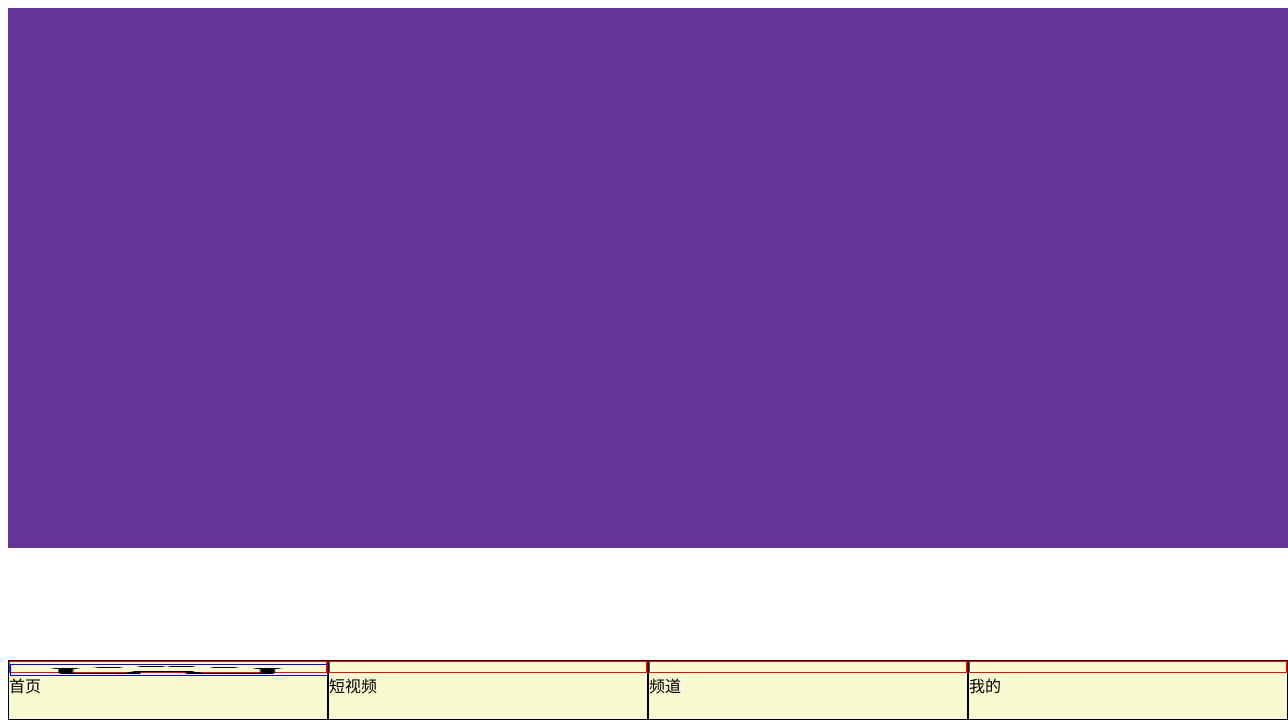
Repository: ITliuxiangyu/H51911Test
Page: video_demo/index.html
These files come from the project's save history. The page is drawn as it stood at one moment and after the next save; the edit follows.
The browser window is 1280 px wide. The page is 1288 px wide, so the pictures cover 1288 px, including what lies to the right of the window. The pictures show the whole page.

Above is the page before, as saved 2019-12-20 09:54:48.

### video_demo/index.html
<!DOCTYPE html>
<html lang="en">
<head>
    <meta charset="UTF-8">
    <meta name="viewport" content="width=device-width, initial-scale=1.0">
    <meta http-equiv="X-UA-Compatible" content="ie=edge">
    <title>Document</title>
    <link rel="stylesheet" href="./css/index.css">
</head>
<body>
    <div class="app">
        <div class="app_content"></div>
        <div class="app_tabbar">
            <div class="tabbar_item">
                <div>
                    <img src="./imgs/shouye.png" alt="">
                </div>
                <span>首页</span>
            </div>
            <div class="tabbar_item">
                <div>
                    <!-- <img src="./imgs/redu.png" alt=""> -->
                </div>
                <span>短视频</span>
            </div>
            <div class="tabbar_item">
                <div>
                    <!-- <img src="./imgs/pindao.png" alt=""> -->
                </div>
                <span>频道</span>
            </div>
            <div class="tabbar_item">
                <div>
                    <!-- <img src="./imgs/wode.png" alt=""> -->
                </div>
                <span>我的</span>
            </div>
        </div>
    </div>
</body>
<script src="./js/jquery-3.4.1.min.js"></script>
<script src="./js/index.js"></script>
</html>

### video_demo/css/index.css
/* 页面的内容区域部分 */
.app_content{
    width: 100vw;
    background-color: rebeccapurple;
}
.app_tabbar{
    width: 100vw;
    height: 60px;
    background-color: lightgoldenrodyellow;
    position: fixed;
    bottom: 0px;
    display: flex;
}
/* 底部的四个小块 */
.tabbar_item{
    flex: 1;
    border: 1px solid black;
}
.tabbar_item div{
    border: 1px solid red;
    height: 10px;
}
.tabbar_item div img{
    width: 100%;
    border: 1px solid blue;
    height: 10px;
}

### video_demo/js/index.js
// 内容区域的高度
var screen_h = window.screen.height
var screen_w = window.screen.width

$(".app_content").css({
    "height": screen_h - $(".app_tabbar").outerHeight() + "px"
})

Loaded but not shown: video_demo/js/jquery-3.4.1.min.js (library)

After the next save:
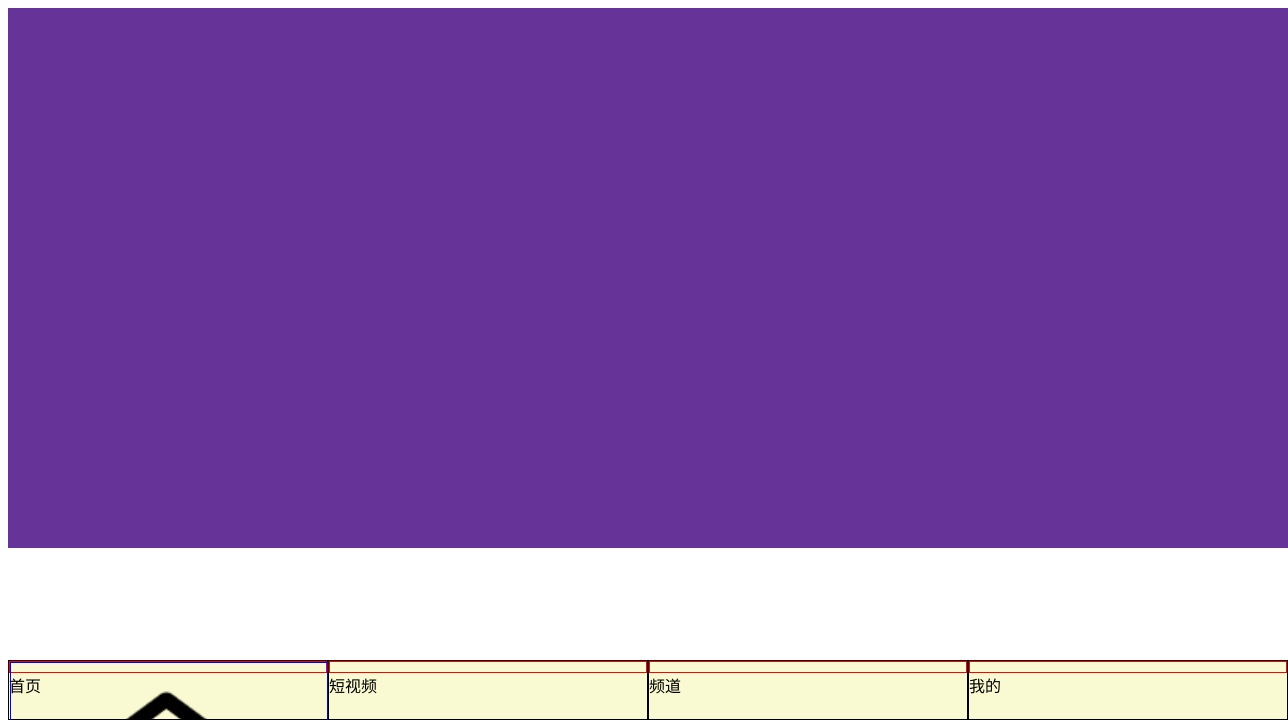
Saved 12 s later.
--- a/video_demo/css/index.css
+++ b/video_demo/css/index.css
@@ -23,5 +23,4 @@
 .tabbar_item div img{
     width: 100%;
     border: 1px solid blue;
-    height: 10px;
 }
